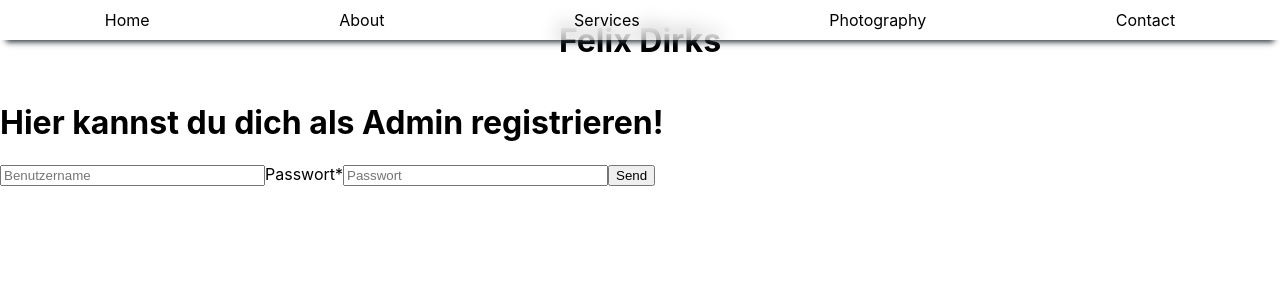
Repository: muhanad-musawi/backend-projekt-frondend
Page: /register (app in pohtographer/)
The author's editor kept a copy of each file at every save. The page is drawn from the files as they stood at one save, then again after the next save.
The browser window is 1280 px wide. The pictures show the whole page.
The page's requests for data from a server got no answer. The project was rebuilt for these pictures with package versions that can differ from the ones it lists, and the page was loaded fresh each time. The framework's server and built-in components were replaced by stand-ins that run in the browser. No one was signed in, and anything a server would have sent is missing. Also part of the build but not shown: pohtographer/next.config.js, pohtographer/styles/Footer.module.css.

Above is the page before, as saved 2022-03-25 19:54:25.

### pohtographer/pages/_app.js
import '../styles/globals.css'
import Layout from '../layouts/default'

function MyApp({ Component, pageProps }) {


  const getLayout = Component.getLayout
  || ((page) => (<Layout>{page}</Layout>))

  return  getLayout (<Component {...pageProps} />


  )

}

export default MyApp

### pohtographer/pages/register.jsx

 import { useState } from 'react'





function Register() {
  // recordAdd
  //const [ registerAdd, setRegisterAdd]  = useState([]) ;
  //const [adminName , setAdminName] = useState('')
 //const [adminPassword , setAdminPassword] = useState('')

  const initialInput = {
    adminName: '',
    adminPassword: ''
   }
   const [inputs, setInputs] = useState(initialInput)


   function handleInputChange(event) {

     const value =  event.target.value

    const name =  event.target.name

    console.log(value + name);
    setInputs({
       ...inputs,
     [name]: value})


   }

   const BACKEND_URL = process.env.NEXT_PUBLIC_BACKEND_URL;
 const REGISTER_PATH = BACKEND_URL + '/login/admin/register'


   const fetchRegisterAddData = (register)=>{
     console.log("records:"+ register);

     /*'http://localhost:4000/records'*/

     const registerJson  = JSON.stringify(register)
     fetch(REGISTER_PATH  , {
       method: 'POST',
       headers: {
         'Content-Type': 'application/json'
       },
       body: registerJson

   })
   .then((response) => {
    if (response.status !== 201) {
      alert("An Error occured");
      return;
    } else {
       router.reload(window.location.pathname)
       //navigate("/Photography", { replace: true });
      return response.json();
    }
  })
   .catch((err)=>console.log(err))
 }

   function handleSubmit(event) {
     event.preventDefault()
     const newAdmin = {
       ...inputs
     }
     fetchRegisterAddData(newAdmin )
   }


   return (
    <div>
      <h1>Hier kannst du dich als Admin registrieren!</h1>
     <div className='adminRegister' >
    <form className='adminRegisterForm' action="" onSubmit={handleSubmit}>

   {/**<label for="adminName">Benutzername <span>*</span></label> */}

    <input type="text" name="adminName"  id="adminName" placeholder='Benutzername' value={inputs.adminName} size="30" maxLength="50" onChange={handleInputChange}></input>
      <label for="adminPassword">Passwort<span>*</span></label>

    <input type="password" name="adminPassword"  id="adminPassword" placeholder='Passwort' value={inputs.adminPassword} size="30" maxLength="10" onChange={handleInputChange}></input>

    <input type="submit" value="Send" />
    </form>
     </div>
     </div>
     );
}

export default Register

### pohtographer/styles/globals.css
html,
body {
  padding: 0;
  margin: 0;
  font-family: -apple-system, BlinkMacSystemFont, Segoe UI, Roboto, Oxygen,
    Ubuntu, Cantarell, Fira Sans, Droid Sans, Helvetica Neue, sans-serif;
}

a {
  color: inherit;
  text-decoration: none;
}

* {
  box-sizing: border-box;
}

### pohtographer/layouts/default.jsx

import Header from '../components/Header'

import Footer from '../components/Footer'
import Head from 'next/head'


function Layout ({children}) {
  return (
    <div>
       <Header/>
       <Head>
        <title>my-App</title>
        <meta name="description" content="Generated by create next app" />
        <link rel="icon" href="/favicon.ico" />
      </Head>
      {children}
      <Footer/>
    </div>
  )
}

export default Layout

### pohtographer/components/Header.jsx
import Link from 'next/link'
import Image from 'next/image'
import home from '../img/home.svg'
import about from '../img/about.svg'
import service from '../img/service.svg'
import experience from '../img/experience.svg'
import contact from '../img/contact.svg'

import styles from '../styles/Header.module.css'
import { useRouter } from "next/router";



function Header() {

  const router = useRouter();

  return (
    <div className={styles.navbarCenter} >
      <h1 className={styles.logoName}>Felix Dirks</h1>
    <div className={styles.headerLinks}>

        <Link href="/">
          <a className={router.pathname == "/" ? styles.active : ""}><span className={styles.desktopVersion}>Home</span>
        <span className={styles.mobileVersion}>

          <span className={styles.img}> <Image  src={home} alt="home" /></span>


        </span></a>
        </Link>

        <Link href="/About">
          <a className={router.pathname == "/About" ? styles.active : ""}>
          <span className={styles.desktopVersion}>About</span>
        <span className={styles.mobileVersion}>


        <span className={styles.img} ><Image   src={about} alt="about" /></span>

        </span>
          </a>
        </Link>

        <Link href="/Services">
          <a className={router.pathname == "/Services" ? styles.active  : ""}>
          <span className={styles.desktopVersion}>Services</span>
        <span className={styles.mobileVersion}>

          <span className={styles.img}><Image  src={service} alt="service" /></span>


        </span>
          </a>
        </Link>

        <Link href="/Photography">
          <a className={router.pathname == "/Photography" ? styles.active  : ""}>
          <span className={styles.desktopVersion}>Photography</span>
        <span className={styles.mobileVersion}>

          <span className={styles.img} > <Image  src={home} alt="home" /></span>


        </span>
          </a>
        </Link>

        <Link href="/Contact">
          <div className={router.pathname == "/Contact" ? styles.active : ""}>
          <span className={styles.desktopVersion}>Contact</span>

        <span className={styles.mobileVersion}>

          <span className={styles.img} ><Image  src={contact} alt="contact" /></span>

        </span>
          </div>
        </Link>

        </div>

    </div>
  )
}

export default Header

### pohtographer/components/Footer.jsx
import styles from '../styles/Footer.module.css'

function Footer() {
  return (
    <div className={styles.footer} >

    </div>
  )
}

export default Footer

### pohtographer/styles/Header.module.css
/*
$color-white:#ffffff;
$footer-color:#737373;
$color-gold:#a57d38;
$color-dark:#242d34;
*/




.navbarCenter {
  width: 100%;
  display: flex;
  justify-content: center;

}

.headerLinks {
  -webkit-backdrop-filter: blur(10px);
  backdrop-filter: blur(10px);
  background-color: rgba(255, 255, 255, 0.5);

  margin: auto auto;
  padding: 10px;
  margin-bottom: 50px;
  display: flex;
  justify-content: space-around;
  align-items: center;

  border-radius: 40px;
  overflow: hidden;
  position: fixed;
  bottom: 0;
  width: 85%;
}

.mobileVersion {
  display: flex;
  justify-content: center;
  align-items: center;
  visibility: visible;
  border: 1px solid #a57d38;
  border-radius: 60%;
}

.mobileVersion:hover {
  border: 1px solid #a57d38;
  background-color: #242d34;
  border-radius: 60%;
}

.active {
  background-color: #242d34;
  border-radius: 60%;
  border: 2px solid #a57d38;
}

.img {
  width: 40px;
  margin: 5px;
  margin-left: 10px;
  margin-right: 10px;
  margin-top: 10px;
}

.desktopVersion {
  display: none;
  visibility: hidden;
}



@media screen and (min-width: 1024px) {

  .navbarCenter {

    position: sticky;
    overflow: hidden;
    z-index: 2;
    top: 0;

    width: 100%;
  }


  .headerLinks {
    width: 100%;
    -webkit-backdrop-filter: blur(10px);
    backdrop-filter: blur(10px);
    background-color: rgba(255, 255, 255, 0.5);


    justify-content: space-around;
    margin-top: 0px;
    margin-bottom: 0px;
    border-radius: 0;
    bottom: unset;


    -webkit-box-shadow: 0 8px 6px -6px #242d34;
    -moz-box-shadow: 0 8px 6px -6px #242d34;
    box-shadow: 0 8px 6px -6px #242d34;
  }


  .active {

    background-color: initial;
    border-radius: 0;
    border: none;
    border-top: 2px solid #a57d38;
  }

  .mobileVersion {
    display: none;
    visibility: hidden;
  }

  .desktopVersion {


    display: block;
    visibility: visible;
  }




}

After the next save:
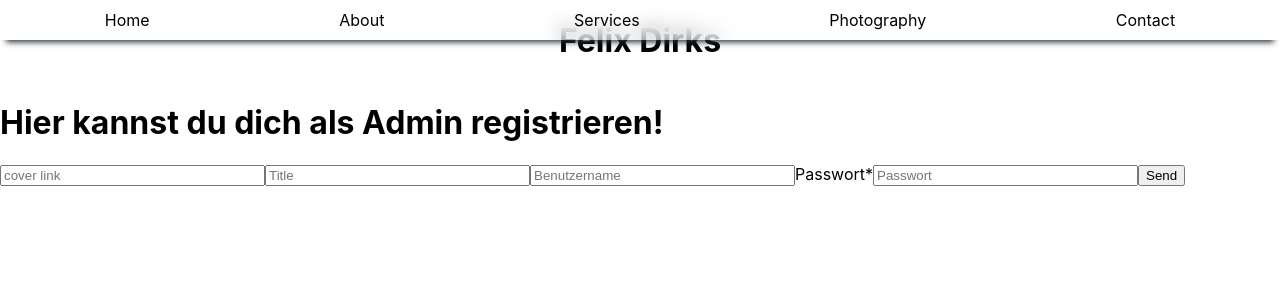
Saved 12 s later.
--- a/pohtographer/pages/register.jsx
+++ b/pohtographer/pages/register.jsx
@@ -78,6 +78,11 @@ function Register() {
      <div className='adminRegister' >
     <form className='adminRegisterForm' action="" onSubmit={handleSubmit}>
 
+    <input type="text" name="cover" placeholder='cover link' value={inputs.cover} size="30" onChange={handleInputChange}></input>
+
+<input type="text" name="title" placeholder='Title' value={inputs.title} size="30" maxLength="50" onChange={handleInputChange}></input>
+
+
    {/**<label for="adminName">Benutzername <span>*</span></label> */}
 
     <input type="text" name="adminName"  id="adminName" placeholder='Benutzername' value={inputs.adminName} size="30" maxLength="50" onChange={handleInputChange}></input>
